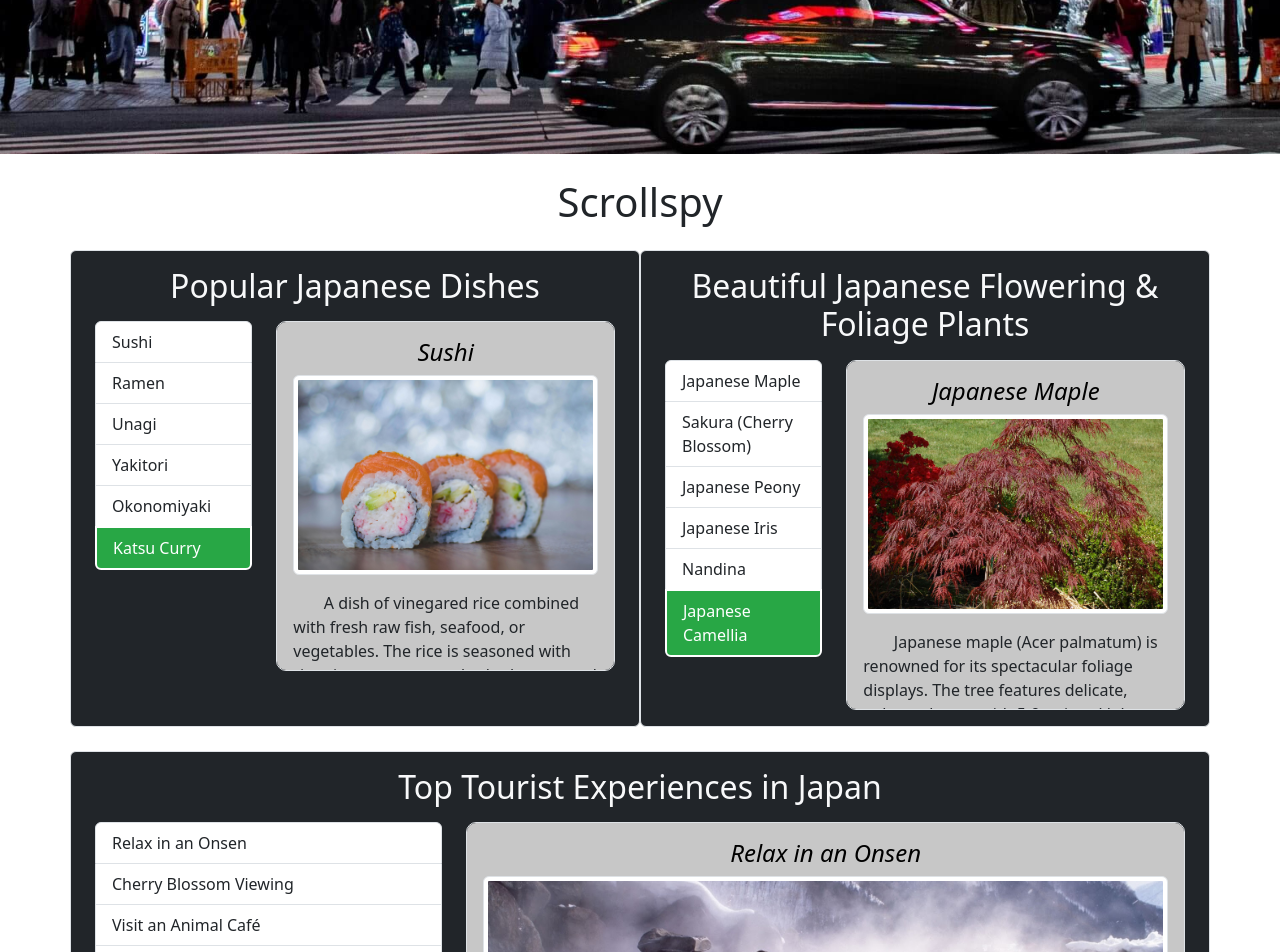
Repository: urielaracena/softwareDev
Page: project1/project1.html
These files come from the project's save history. The page is drawn as it stood at one moment and after the next save; the edit follows.
The browser window is 1280 px wide. The pictures show the part of the page from y = 756 to 1708 px (the page is 3025 px tall before and 3447 px after).
A picture or video elsewhere on the page could not be fetched, so the positions and the page height are approximate.

Above is the page before, as saved 2025-04-17 04:54:35.

After the next save:
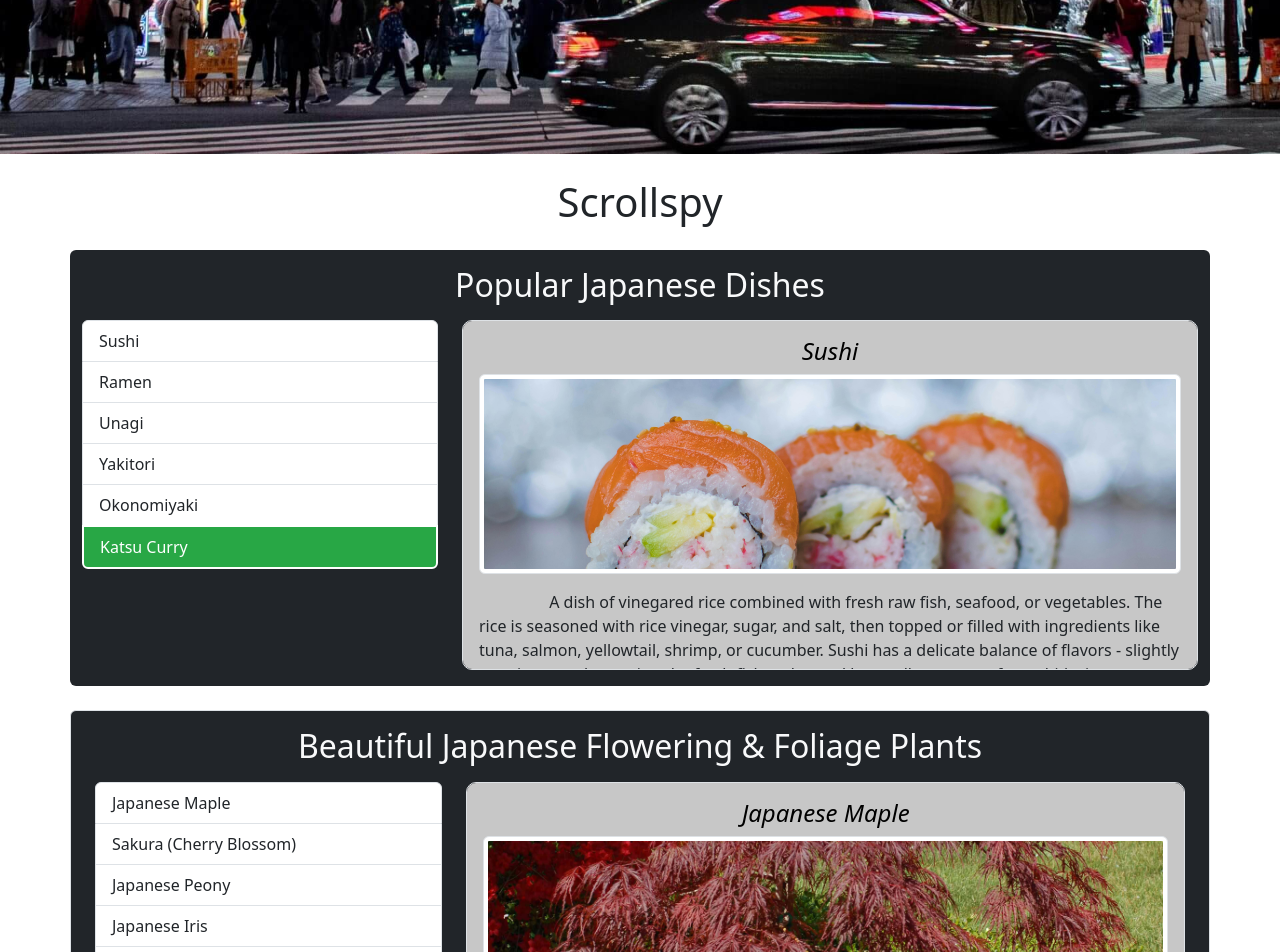
Saved 74 s later.
--- a/project1/project1.html
+++ b/project1/project1.html
@@ -64,7 +64,7 @@
 
       <!-- First Scrollspy Container -->
     <div class="row">
-      <article class="col scrollspyctnr bg-dark py-3 rounded mb-4">
+      <article class="colscrollspyctnr bg-dark py-3 rounded mb-4">
         <h2 class="text-light text-center mb-3">Popular Japanese Dishes</h2>
         <div class="row">
           <div class="col-4">
@@ -108,7 +108,7 @@
       </article>
 
       <!-- Second Scrollspy Container -->
-      <article class=" col scrollspyctnr bg-dark py-3 rounded mb-4">
+      <article class="scrollspyctnr bg-dark py-3 rounded mb-4">
         <h2 class="text-light text-center mb-3">Beautiful Japanese Flowering & Foliage Plants</h2>
         <div class="row">
           <div class="col-4">
